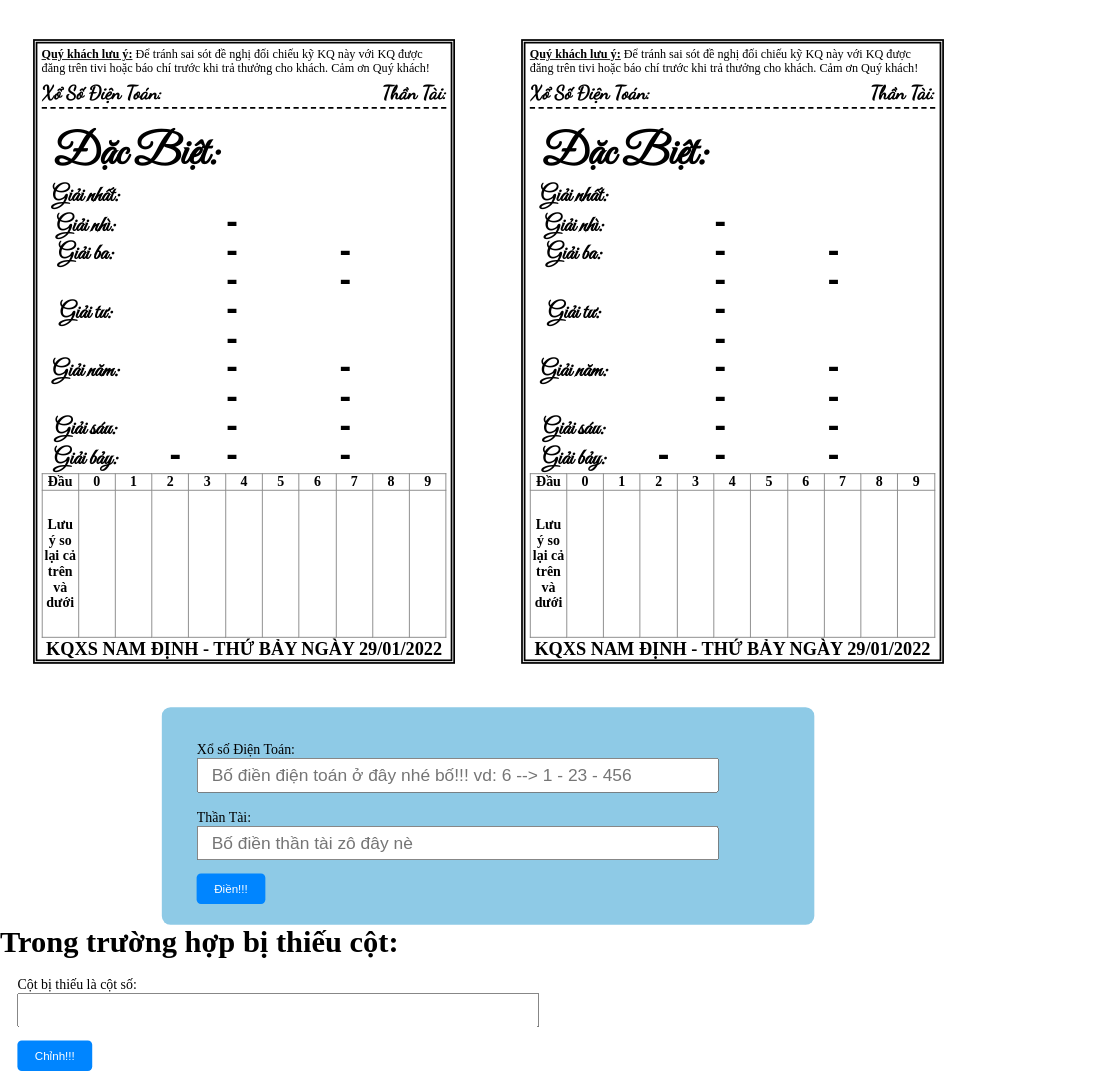
Repository: AnhDuc0125/xskt123
Page: index.html
These files come from the project's save history. The page is drawn as it stood at one moment and after the next save; the edit follows.
The browser window is 1280 px wide. The pictures show the whole page, at 87% of full size.
The page's requests for data from a server got no answer. Some web fonts or font styles are not loaded; a fallback is used.

Above is the page before, as saved 2022-01-29 23:38:37.

After the next save:
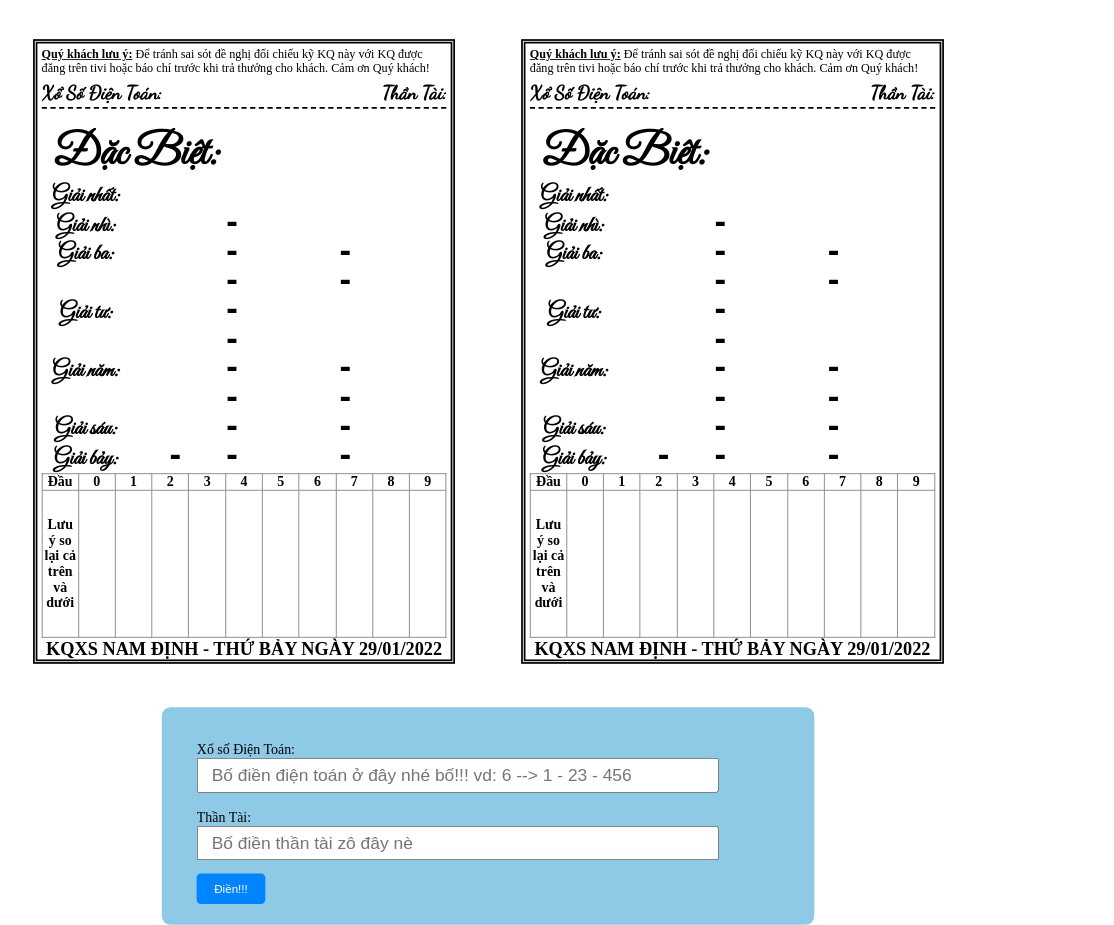
Saved 5 s later.
--- a/index.html
+++ b/index.html
@@ -357,22 +357,6 @@
         </form>
       </div>
     </div>
-    <div class="custom_box">
-      <strong style="font-size: 35px">Trong trường hợp bị thiếu cột:</strong>
-      <div class="form__group">
-        <form id="form_custom">
-          <div class="label__control">Cột bị thiếu là cột số:</div>
-          <input
-            type="number"
-            class="form__control"
-            id="input__custom--column"
-            oninput="javascript: if (this.value.length > this.maxLength) this.value = this.value.slice(0, this.maxLength);"
-            maxlength="1"
-          />
-          <button onclick="customColumn()">Chỉnh!!!</button>
-        </form>
-      </div>
-    </div>
   </body>
   <script src="app.js"></script>
 </html>
